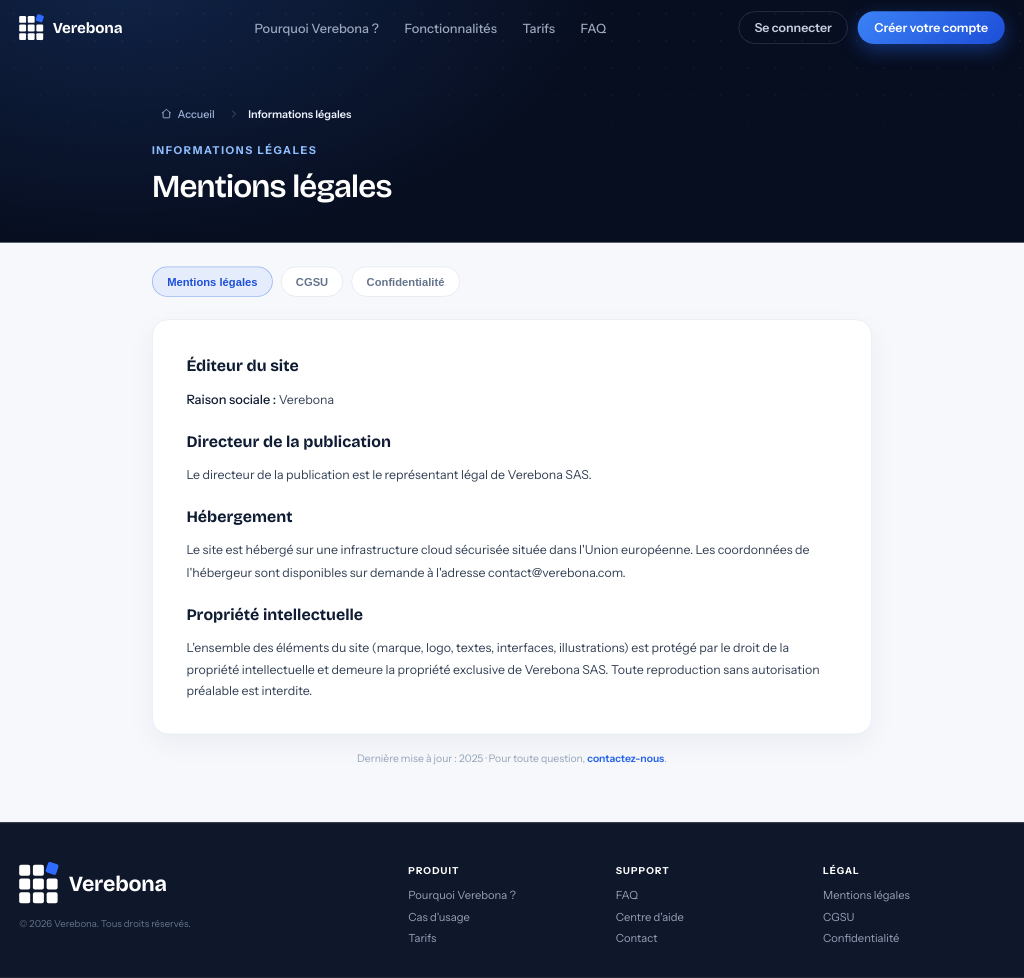
Repository: AdminVerebona/verebona-public
Page: /mentions-legales
An editor plug-in stored every save of this project. The page is shown before and after the next save, followed by the edit.
The browser window is 1280 px wide. The pictures show the whole page, at 80% of full size.
The project was rebuilt for these pictures with package versions that can differ from the ones it lists, and the page was loaded fresh each time. Also part of the build but not shown: next.config.mjs, vite.config.js, vite.config.ts, src/composables/useLanding.ts, src/sections/HeroSection.vue, src/sections/WhySection.vue, src/sections/UseCasesSection.vue, src/sections/FeaturesSection.vue and 6 more.

Above is the page before, as saved 2026-07-10 15:07:48.

### index.html
<!doctype html>
<html lang="fr">
  <head>
    <meta charset="UTF-8" />
    <meta name="viewport" content="width=device-width, initial-scale=1.0" />
    <title>Verebona — Centralisez, organisez, valorisez vos biens</title>
    <meta
      name="description"
      content="Verebona centralise vos biens, documents et échéances pour les retrouver facilement, anticiper les dates importantes et valoriser vos biens le moment venu."
    />
  </head>
  <body>
    <div id="app"></div>
    <script type="module" src="/src/main.ts"></script>
  </body>
</html>

### src/main.ts
import { createApp } from 'vue'
import App from './App.vue'
import router from './router'
import { vHover } from './directives/hover'
import './style.css'

createApp(App)
  .use(router)
  .directive('hover', vHover)
  .mount('#app')

### src/App.vue
<template>
  <div style="background:#070E20;color:#EAF0FB;overflow-x:hidden;min-height:100vh">
    <AppHeader />
    <router-view />
    <AppFooter />
  </div>
</template>

<script setup lang="ts">
import { onMounted, watch, nextTick } from 'vue'
import { useRoute } from 'vue-router'
import AppHeader from './components/AppHeader.vue'
import AppFooter from './components/AppFooter.vue'
import { useScrollReveal } from './composables/useScrollReveal'

const route = useRoute()
const { scan } = useScrollReveal()

onMounted(() => { scan() })

// Re-scan reveal targets whenever the route (page) changes.
watch(
  () => route.fullPath,
  () => { nextTick(() => setTimeout(scan, 60)) },
)
</script>

### src/router/index.ts
import { createRouter, createWebHistory } from 'vue-router'
import HomeView from '../views/HomeView.vue'

const routes = [
  { path: '/', name: 'home', component: HomeView },
  { path: '/aide', name: 'help', component: () => import('../views/HelpView.vue') },
  { path: '/contact', name: 'contact', component: () => import('../views/ContactView.vue') },
  { path: '/mentions-legales', name: 'legal-mentions', component: () => import('../views/LegalView.vue') },
  { path: '/cgu', name: 'legal-cgu', component: () => import('../views/LegalView.vue') },
  { path: '/confidentialite', name: 'legal-confid', component: () => import('../views/LegalView.vue') },
  { path: '/:pathMatch(.*)*', name: 'not-found', component: () => import('../views/NotFoundView.vue') },
]

const router = createRouter({
  history: createWebHistory(),
  routes,
  scrollBehavior(to) {
    if (to.hash) return { el: to.hash, behavior: 'smooth' }
    return { top: 0 }
  },
})

export default router

### src/directives/hover.ts
import type { Directive } from 'vue'

/**
 * v-hover — applies a set of inline styles while the pointer is over the
 * element, and restores the previous values on leave. Reproduces the
 * `style-hover` behaviour of the design prototype.
 *
 * Usage:  <a v-hover="{ color: '#fff', transform: 'translateY(-1px)' }">
 */
type HoverStyles = Record<string, string>

interface HoverEl extends HTMLElement {
  __hoverEnter?: () => void
  __hoverLeave?: () => void
}

export const vHover: Directive<HoverEl, HoverStyles> = {
  mounted(el, binding) {
    const styles = binding.value || {}
    const original: HoverStyles = {}

    const enter = () => {
      for (const key in styles) {
        original[key] = (el.style as any)[key]
        ;(el.style as any)[key] = styles[key]
      }
    }
    const leave = () => {
      for (const key in styles) {
        ;(el.style as any)[key] = original[key] || ''
      }
    }

    el.__hoverEnter = enter
    el.__hoverLeave = leave
    el.addEventListener('mouseenter', enter)
    el.addEventListener('mouseleave', leave)
  },
  unmounted(el) {
    if (el.__hoverEnter) el.removeEventListener('mouseenter', el.__hoverEnter)
    if (el.__hoverLeave) el.removeEventListener('mouseleave', el.__hoverLeave)
  },
}

### src/style.css
/* ============================================================
   Verebona — global styles
   Fonts, resets, scroll-reveal animation, responsive rules.
   All component-level styling is inline in the .vue templates
   (ported 1:1 from the validated design prototype).
   ============================================================ */

@import url('https://fonts.googleapis.com/css2?family=Bricolage+Grotesque:opsz,wght@12..96,400;12..96,500;12..96,600;12..96,700&family=Instrument+Sans:wght@400;500;600;700&family=Space+Mono:wght@400;700&display=swap');

* { box-sizing: border-box; }
html, body { margin: 0; padding: 0; }
body {
  font-family: 'Instrument Sans', system-ui, sans-serif;
  -webkit-font-smoothing: antialiased;
  background: #070E20;
}
h1, h2, h3, h4 { font-family: 'Bricolage Grotesque', sans-serif; margin: 0; }
p { margin: 0; }
a { text-decoration: none; color: inherit; }
a:hover { color: inherit; }

@keyframes vb-float { 0%, 100% { transform: translateY(0); } 50% { transform: translateY(-14px); } }
@keyframes vb-float-s { 0%, 100% { transform: translateY(0); } 50% { transform: translateY(-9px); } }
@keyframes vb-marquee { 0% { transform: translateX(0); } 100% { transform: translateX(-50%); } }

section[id] { scroll-margin-top: 82px; }

/* Scroll reveal */
.vb-reveal,
.vb-rgroup > * {
  transition: opacity .8s cubic-bezier(.16, 1, .3, 1), transform .8s cubic-bezier(.16, 1, .3, 1);
  will-change: opacity, transform;
}
.vb-anim .vb-reveal,
.vb-anim .vb-rgroup > * { opacity: 0; transform: translateY(40px) scale(.985); }
.vb-reveal.vb-in,
.vb-rgroup > .vb-in { opacity: 1 !important; transform: none !important; }
@media (prefers-reduced-motion: reduce) {
  .vb-reveal,
  .vb-rgroup > * { opacity: 1 !important; transform: none !important; transition: none !important; }
}

/* Responsive */
.r-burger, .r-mobile-menu { display: none; }
@media (max-width: 860px) {
  h1 { font-size: 37px !important; line-height: 1.08 !important; }
  h2 { font-size: 26px !important; line-height: 1.22 !important; }
  .r-nav, .r-hide-m, .r-dots, .r-browser { display: none !important; }
  .r-burger { display: inline-flex !important; }
  .r-mobile-menu { display: flex !important; }
  .r-hero, .r-2, .r-2b, .r-3, .r-4, .r-cta { grid-template-columns: 1fr !important; }
  .r-contact { grid-template-columns: 1fr !important; }
  .r-footer { grid-template-columns: 1fr 1fr !important; gap: 24px !important; }
  .r-mock { flex-direction: column !important; align-items: center !important; gap: 0 !important; }
  .r-uc { flex-direction: column !important; }
  .r-uc-panel { min-width: 0 !important; padding: 22px 20px !important; }
  .r-2 { grid-template-columns: 1fr !important; }
  .r-tri { grid-template-columns: 1fr !important; }
}

### src/composables/useScrollReveal.ts
/**
 * Scroll-reveal: adds `.vb-in` to `.vb-reveal` / `.vb-rgroup` elements as they
 * enter the viewport (staggering the children of a group). Ported from the
 * prototype's IntersectionObserver logic. Honours prefers-reduced-motion and
 * has a safety timeout so content is never left hidden.
 */
let io: IntersectionObserver | null = null

const reduce =
  typeof window !== 'undefined' &&
  !!window.matchMedia &&
  window.matchMedia('(prefers-reduced-motion: reduce)').matches

if (!reduce && typeof document !== 'undefined') {
  document.documentElement.classList.add('vb-anim')
}

function revealAll() {
  document.querySelectorAll('.vb-reveal').forEach((e) => e.classList.add('vb-in'))
  document.querySelectorAll('.vb-rgroup > *').forEach((e) => e.classList.add('vb-in'))
}

function ensureObserver() {
  if (io || reduce || typeof window === 'undefined' || !('IntersectionObserver' in window)) return
  io = new IntersectionObserver(
    (entries) => {
      entries.forEach((entry) => {
        if (!entry.isIntersecting) return
        const el = entry.target as HTMLElement
        io!.unobserve(el)
        if (el.classList.contains('vb-rgroup')) {
          Array.from(el.children).forEach((c, i) => {
            ;(c as HTMLElement).style.transitionDelay = i * 90 + 'ms'
            c.classList.add('vb-in')
          })
        } else {
          el.classList.add('vb-in')
        }
      })
    },
    { threshold: 0.12, rootMargin: '0px 0px -8% 0px' },
  )
}

export function useScrollReveal() {
  function scan() {
    if (reduce || typeof window === 'undefined' || !('IntersectionObserver' in window)) {
      revealAll()
      return
    }
    ensureObserver()
    document.querySelectorAll('.vb-reveal, .vb-rgroup').forEach((el) => io!.observe(el))
    // Safety net: never leave content hidden.
    window.setTimeout(revealAll, 2200)
  }
  return { scan }
}

### src/views/LegalView.vue
<template>
<section style="position:relative;padding:128px 24px 48px;overflow:hidden;background:radial-gradient(1000px 560px at 12% -10%,rgba(59,130,246,.18),transparent 60%),#070E20">
  <div style="position:absolute;inset:0;background-image:radial-gradient(rgba(148,163,184,.09) 1px,transparent 1px);background-size:34px 34px;-webkit-mask-image:linear-gradient(to bottom,#000,transparent 85%);mask-image:linear-gradient(to bottom,#000,transparent 85%);pointer-events:none"></div>
  <div style="max-width:900px;margin:0 auto;position:relative">
    <nav aria-label="Fil d'Ariane" style="margin-bottom:24px"><ol style="display:flex;align-items:center;gap:6px;list-style:none;margin:0;padding:0;font-size:13.5px"><li style="display:flex;align-items:center"><a href="#" @click.prevent="goHome" style="display:inline-flex;align-items:center;gap:7px;color:#9FB4D8;font-weight:500;padding:6px 11px;border-radius:9px;cursor:pointer;transition:color .15s,background .15s" v-hover="{color:'#fff',background:'rgba(255,255,255,.06)'}"><svg width="14" height="14" viewBox="0 0 24 24" fill="none" stroke="currentColor" stroke-width="1.9" stroke-linecap="round" stroke-linejoin="round"><path d="M3 10.5 12 3l9 7.5"/><path d="M5 9.5V20a1 1 0 0 0 1 1h12a1 1 0 0 0 1-1V9.5"/></svg>Accueil</a></li><li aria-hidden="true" style="display:flex;color:#42557A"><svg width="15" height="15" viewBox="0 0 24 24" fill="none" stroke="currentColor" stroke-width="2" stroke-linecap="round" stroke-linejoin="round"><path d="M9 6l6 6-6 6"/></svg></li><li aria-current="page" style="color:#EAF0FB;font-weight:600;padding:6px 4px">{{ crumbLabel }}</li></ol></nav>
    <div style="font-size:13.5px;letter-spacing:.15em;text-transform:uppercase;font-weight:800;color:#8FBEFF;margin-bottom:16px">Informations légales</div>
    <h1 style="font-size:40px;line-height:1.08;font-weight:600;letter-spacing:-.025em;color:#fff">{{ legalTitle }}</h1>
  </div>
</section>
<section style="background:#F6F8FC;padding:30px 24px 72px">
  <div style="max-width:900px;margin:0 auto">
    <div style="display:flex;flex-wrap:wrap;gap:10px;margin-bottom:28px">
      <button type="button" :style="legalMentionsStyle" @click.prevent="goMentions">Mentions légales</button>
      <button type="button" :style="legalCGUStyle" @click.prevent="goCGU">CGSU</button>
      <button type="button" :style="legalConfidStyle" @click.prevent="goConfid">Confidentialité</button>
    </div>
    <div style="background:#fff;border:1px solid #E6EBF3;border-radius:20px;padding:40px 42px;box-shadow:0 12px 34px rgba(15,27,51,.05)">
      <template v-if="isMentions">
        <div style="font-size:15.5px;line-height:1.75;color:#334155">
          <h2 style="font-size:20px;font-weight:700;color:#0F1B33;font-family:'Bricolage Grotesque',sans-serif;margin:0 0 10px">Éditeur du site</h2>
          <p style="margin:0 0 22px"><span style="font-size:16px;font-weight:500;color:#0F1B33">Raison sociale :</span> Verebona</p>
          <h2 style="font-size:20px;font-weight:700;color:#0F1B33;font-family:'Bricolage Grotesque',sans-serif;margin:0 0 10px">Directeur de la publication</h2>
          <p style="margin:0 0 22px">Le directeur de la publication est le représentant légal de Verebona SAS.</p>
          <h2 style="font-size:20px;font-weight:700;color:#0F1B33;font-family:'Bricolage Grotesque',sans-serif;margin:0 0 10px">Hébergement</h2>
          <p style="margin:0 0 22px">Le site est hébergé sur une infrastructure cloud sécurisée située dans l'Union européenne. Les coordonnées de l'hébergeur sont disponibles sur demande à l'adresse contact@verebona.com.</p>
          <h2 style="font-size:20px;font-weight:700;color:#0F1B33;font-family:'Bricolage Grotesque',sans-serif;margin:0 0 10px">Propriété intellectuelle</h2>
          <p style="margin:0">L'ensemble des éléments du site (marque, logo, textes, interfaces, illustrations) est protégé par le droit de la propriété intellectuelle et demeure la propriété exclusive de Verebona SAS. Toute reproduction sans autorisation préalable est interdite.</p>
        </div>
      </template>
      <template v-if="isCGU">
        <div style="font-size:15.5px;line-height:1.75;color:#334155">
          <h2 style="font-size:20px;font-weight:700;color:#0F1B33;font-family:'Bricolage Grotesque',sans-serif;margin:0 0 10px">1. Objet</h2>
          <p style="margin:0 0 22px">Les présentes conditions générales de service et d'utilisation (CGSU) définissent les modalités d'accès et d'utilisation de la plateforme Verebona, service de centralisation et d'organisation documentaire du patrimoine.</p>
          <h2 style="font-size:20px;font-weight:700;color:#0F1B33;font-family:'Bricolage Grotesque',sans-serif;margin:0 0 10px">2. Compte et abonnement</h2>
          <p style="margin:0 0 22px">L'accès au service nécessite la création d'un compte et la souscription d'une offre. L'utilisateur s'engage à fournir des informations exactes et à préserver la confidentialité de ses identifiants.</p>
          <h2 style="font-size:20px;font-weight:700;color:#0F1B33;font-family:'Bricolage Grotesque',sans-serif;margin:0 0 10px">3. Nature du service</h2>
          <p style="margin:0 0 22px">Verebona est une plateforme d'organisation. Les documents importés ne sont ni certifiés, ni validés, ni garantis juridiquement. L'utilisateur reste seul responsable de l'exactitude des informations qu'il enregistre.</p>
          <h2 style="font-size:20px;font-weight:700;color:#0F1B33;font-family:'Bricolage Grotesque',sans-serif;margin:0 0 10px">4. Responsabilités</h2>
          <p style="margin:0 0 22px">Verebona met en œuvre les moyens raisonnables pour assurer la disponibilité et la sécurité du service, sans obligation de résultat concernant une disponibilité ininterrompue.</p>
          <h2 style="font-size:20px;font-weight:700;color:#0F1B33;font-family:'Bricolage Grotesque',sans-serif;margin:0 0 10px">5. Résiliation</h2>
          <p style="margin:0">L'utilisateur peut résilier son abonnement à tout moment. Des modalités de récupération des données sont prévues afin d'éviter tout verrouillage à la fin du contrat.</p>
        </div>
      </template>
      <template v-if="isConfid">
        <div style="font-size:15.5px;line-height:1.75;color:#334155">
          <h2 style="font-size:20px;font-weight:700;color:#0F1B33;font-family:'Bricolage Grotesque',sans-serif;margin:0 0 10px">Données collectées</h2>
          <p style="margin:0 0 22px">Verebona collecte les données nécessaires au fonctionnement du service : informations de compte, contenus importés (fiches de biens, documents) et données d'usage strictement utiles à l'amélioration du service.</p>
          <h2 style="font-size:20px;font-weight:700;color:#0F1B33;font-family:'Bricolage Grotesque',sans-serif;margin:0 0 10px">Finalités</h2>
          <p style="margin:0 0 22px">Les données sont traitées pour fournir le service, assurer la sécurité, et répondre aux obligations légales. Elles ne sont jamais cédées à des tiers à des fins commerciales.</p>
          <h2 style="font-size:20px;font-weight:700;color:#0F1B33;font-family:'Bricolage Grotesque',sans-serif;margin:0 0 10px">Sécurité</h2>
          <p style="margin:0 0 22px">Vos données sont chiffrées lors du stockage et des échanges, et hébergées sur une infrastructure sécurisée au sein de l'Union européenne.</p>
          <h2 style="font-size:20px;font-weight:700;color:#0F1B33;font-family:'Bricolage Grotesque',sans-serif;margin:0 0 10px">Vos droits</h2>
          <p style="margin:0">Conformément au RGPD, vous disposez d'un droit d'accès, de rectification, de portabilité et de suppression de vos données. Pour exercer ces droits, écrivez à contact@verebona.com.</p>
        </div>
      </template>
    </div>
    <p style="font-size:13px;color:#94A3B8;margin-top:22px;text-align:center">Dernière mise à jour : 2025 · Pour toute question, <a href="#" @click.prevent="goContact" style="color:#2563EB;font-weight:600">contactez-nous</a>.</p>
  </div>
</section>
</template>

<script setup lang="ts">
import { useLegal } from '../composables/useLegal'
import { useNav } from '../composables/useNav'
const { isMentions, isCGU, isConfid, legalTitle, legalMentionsStyle, legalCGUStyle, legalConfidStyle, crumbLabel } = useLegal()
const { goHome, goContact, goMentions, goCGU, goConfid } = useNav()
</script>

### src/composables/useNav.ts
import { ref, computed, nextTick } from 'vue'
import { useRouter, useRoute } from 'vue-router'

// Shared across header + footer + mobile menu.
const menuOpen = ref(false)

/**
 * useNav — header/footer navigation. Page links use vue-router; the four
 * in-page section links (Pourquoi / Fonctionnalités / Tarifs / FAQ) route to
 * home first if needed, then smooth-scroll to the anchor.
 */
export function useNav() {
  const router = useRouter()
  const route = useRoute()

  const toggleMenu = () => { menuOpen.value = !menuOpen.value }
  const closeMenu = () => { menuOpen.value = false }

  function scrollToId(id: string) {
    const el = document.getElementById(id)
    if (el && el.scrollIntoView) {
      try { el.scrollIntoView({ behavior: 'smooth', block: 'start' }) } catch { /* noop */ }
    }
  }
  function goToAnchor(id: string) {
    closeMenu()
    if (route.path !== '/') {
      router.push('/').then(() => nextTick(() => setTimeout(() => scrollToId(id), 80)))
    } else {
      scrollToId(id)
    }
  }

  const goHome = () => { closeMenu(); router.push('/') }
  const goAide = () => { closeMenu(); router.push('/aide') }
  const goContact = () => { closeMenu(); router.push('/contact') }
  const goMentions = () => { closeMenu(); router.push('/mentions-legales') }
  const goCGU = () => { closeMenu(); router.push('/cgu') }
  const goConfid = () => { closeMenu(); router.push('/confidentialite') }

  const navPourquoi = () => goToAnchor('pourquoi')
  const navFeatures = () => goToAnchor('features')
  const navPricing = () => goToAnchor('pricing')
  const navFaq = () => goToAnchor('faq')
  const navCasUsage = () => goToAnchor('cas-usage')

  const burgerBase = 'display:block;width:20px;height:2px;border-radius:2px;background:#fff;transition:transform .25s,opacity .25s;'
  const burgerTop = computed(() => burgerBase + 'transform:' + (menuOpen.value ? 'translateY(6px) rotate(45deg)' : 'none'))
  const burgerMid = computed(() => burgerBase + 'opacity:' + (menuOpen.value ? '0' : '1'))
  const burgerBot = computed(() => burgerBase + 'transform:' + (menuOpen.value ? 'translateY(-6px) rotate(-45deg)' : 'none'))

  return {
    menuOpen, toggleMenu, closeMenu,
    goHome, goAide, goContact, goMentions, goCGU, goConfid,
    navPourquoi, navFeatures, navPricing, navFaq, navCasUsage,
    burgerTop, burgerMid, burgerBot,
  }
}

### src/composables/useLegal.ts
import { computed } from 'vue'
import { useRoute } from 'vue-router'

/**
 * Legal page — a single view with three tabs (mentions / cgu / confid),
 * each mapped to its own route so they are independently linkable & indexable:
 *   /mentions-legales   /cgu   /confidentialite
 */
export function useLegal() {
  const route = useRoute()

  const tab = computed<'mentions' | 'cgu' | 'confid'>(() => {
    if (route.path.includes('cgu')) return 'cgu'
    if (route.path.includes('confidentialite')) return 'confid'
    return 'mentions'
  })

  const isMentions = computed(() => tab.value === 'mentions')
  const isCGU = computed(() => tab.value === 'cgu')
  const isConfid = computed(() => tab.value === 'confid')

  const legalTitle = computed(() =>
    tab.value === 'cgu'
      ? "Conditions générales de service et d'utilisation"
      : tab.value === 'confid'
        ? 'Politique de confidentialité'
        : 'Mentions légales',
  )

  const tabStyle = (a: boolean) =>
    `padding:10px 18px;border-radius:999px;font-size:14px;font-weight:600;cursor:pointer;border:1px solid ${a ? 'rgba(37,99,235,.4)' : '#E2E8F0'};background:${a ? 'rgba(37,99,235,.08)' : '#fff'};color:${a ? '#1D4ED8' : '#64748B'};transition:all .15s`

  const legalMentionsStyle = computed(() => tabStyle(isMentions.value))
  const legalCGUStyle = computed(() => tabStyle(isCGU.value))
  const legalConfidStyle = computed(() => tabStyle(isConfid.value))

  return {
    isMentions, isCGU, isConfid, legalTitle,
    legalMentionsStyle, legalCGUStyle, legalConfidStyle,
    crumbLabel: 'Informations légales',
  }
}

Loaded but not shown: src/components/AppHeader.vue (68 lines, source omitted); src/components/AppFooter.vue (21 lines, source omitted)

After the next save:
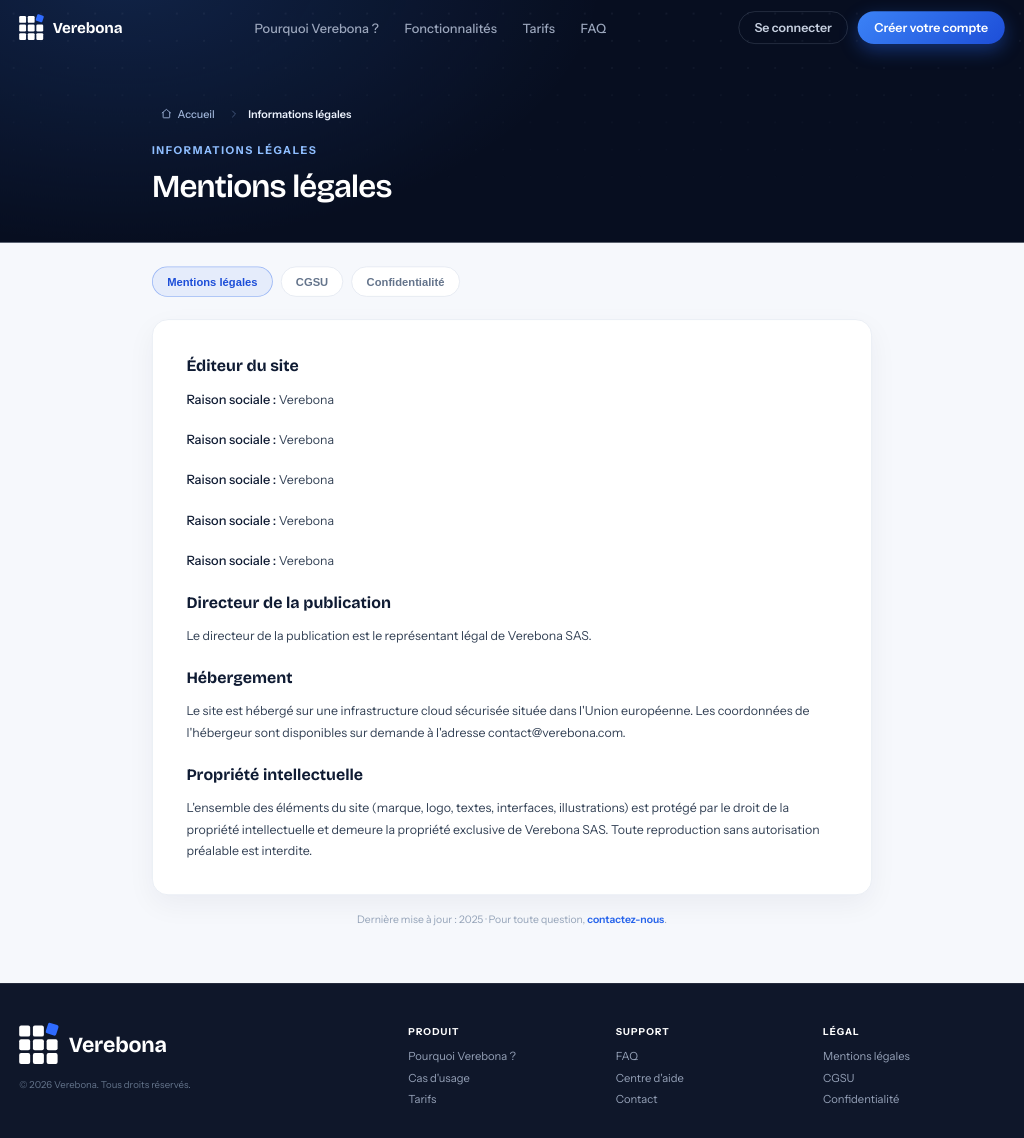
Saved 17 s later.
--- a/src/views/LegalView.vue
+++ b/src/views/LegalView.vue
@@ -18,6 +18,10 @@
       <template v-if="isMentions">
         <div style="font-size:15.5px;line-height:1.75;color:#334155">
           <h2 style="font-size:20px;font-weight:700;color:#0F1B33;font-family:'Bricolage Grotesque',sans-serif;margin:0 0 10px">Éditeur du site</h2>
+          <p style="margin:0 0 22px"><span style="font-size:16px;font-weight:500;color:#0F1B33">Raison sociale :</span> Verebona</p>
+          <p style="margin:0 0 22px"><span style="font-size:16px;font-weight:500;color:#0F1B33">Raison sociale :</span> Verebona</p>
+          <p style="margin:0 0 22px"><span style="font-size:16px;font-weight:500;color:#0F1B33">Raison sociale :</span> Verebona</p>
+          <p style="margin:0 0 22px"><span style="font-size:16px;font-weight:500;color:#0F1B33">Raison sociale :</span> Verebona</p>
           <p style="margin:0 0 22px"><span style="font-size:16px;font-weight:500;color:#0F1B33">Raison sociale :</span> Verebona</p>
           <h2 style="font-size:20px;font-weight:700;color:#0F1B33;font-family:'Bricolage Grotesque',sans-serif;margin:0 0 10px">Directeur de la publication</h2>
           <p style="margin:0 0 22px">Le directeur de la publication est le représentant légal de Verebona SAS.</p>
